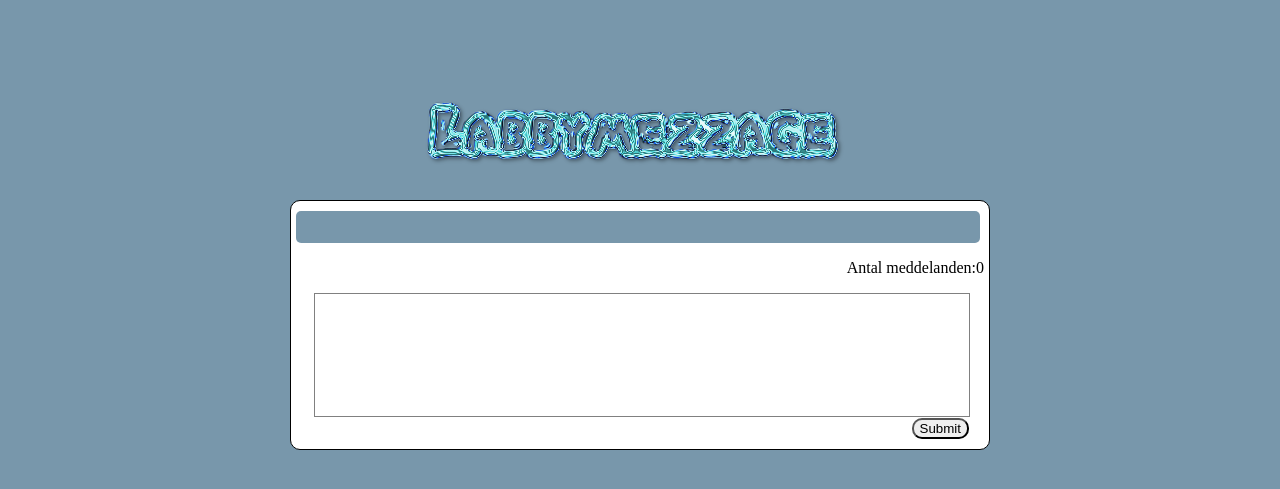
Repository: la222tc/la222tc-1dv403-Laborationer
Page: 2-labbymezzage/index.html
The author's editor kept a record of every edit. The page is drawn from the files as they stood at one moment, then again after the next edit.
The browser window is 1280 px wide. The pictures show the whole page.

Above is the page before.

After the next edit:
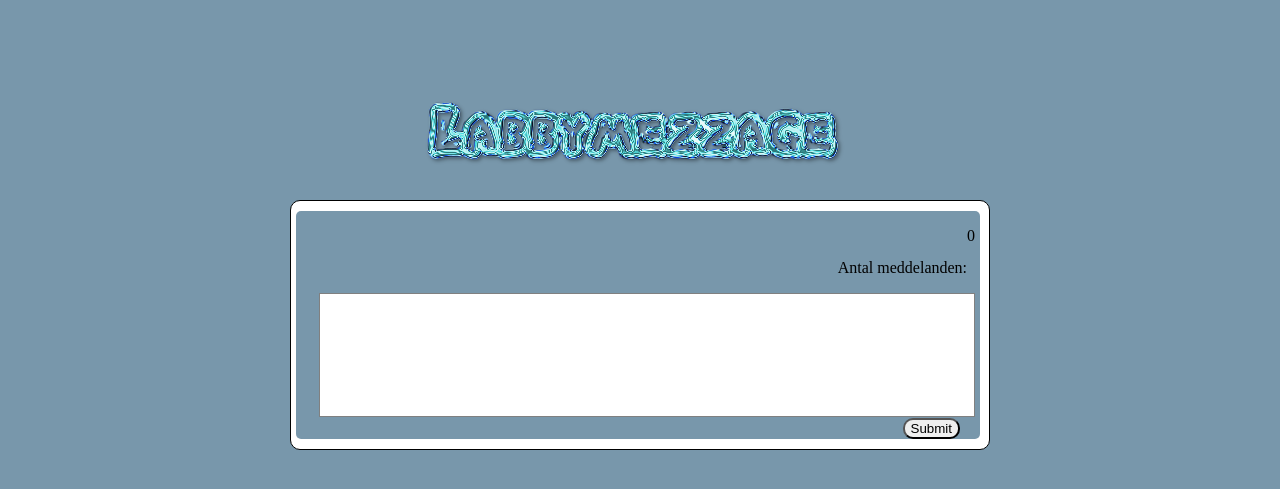
The edit:
--- a/2-labbymezzage/index.html
+++ b/2-labbymezzage/index.html
@@ -11,7 +11,7 @@
             <img src="labbyimage.png" id="labbyimage"></img>
             <div id="mainMessage">
 
-                <article class="message">
+                <div class="message">
                  <p class="theMessage"></p>
                     <a class="timeAndDelete delete"href="#"></a><a class="timeAndDelete time" href="#"></a>
                 <footer class="timeStamp"></footer>

After the edit that followed:
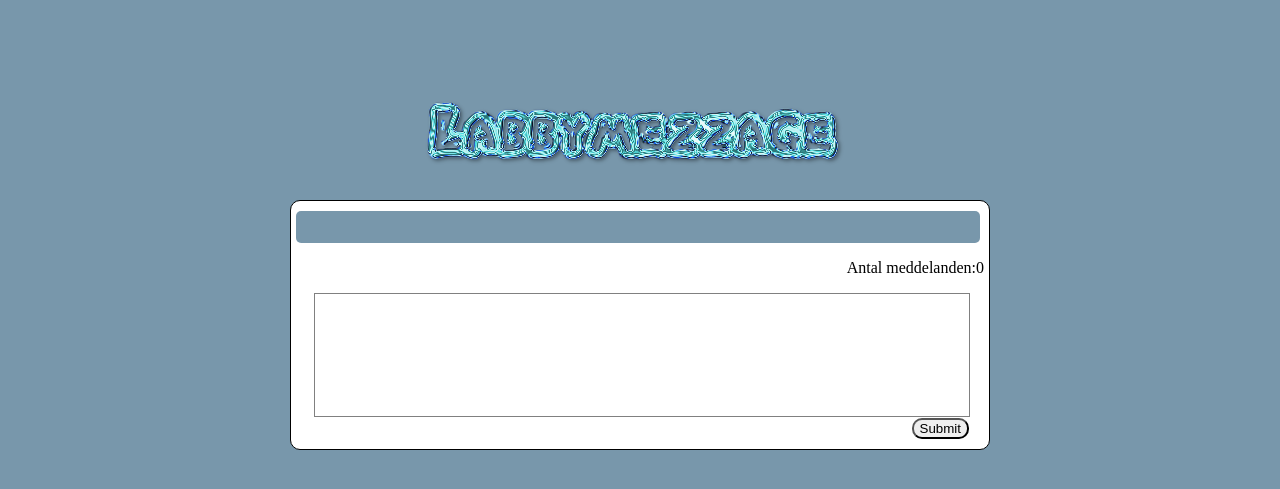
The edit:
--- a/2-labbymezzage/index.html
+++ b/2-labbymezzage/index.html
@@ -15,7 +15,7 @@
                  <p class="theMessage"></p>
                     <a class="timeAndDelete delete"href="#"></a><a class="timeAndDelete time" href="#"></a>
                 <footer class="timeStamp"></footer>
-                </article>
+                </div>
 
                 <p id="amountOfMessages"> 0<p id="numberOfMessages">Antal meddelanden: </p></p>
                 <form id="messageForm">
